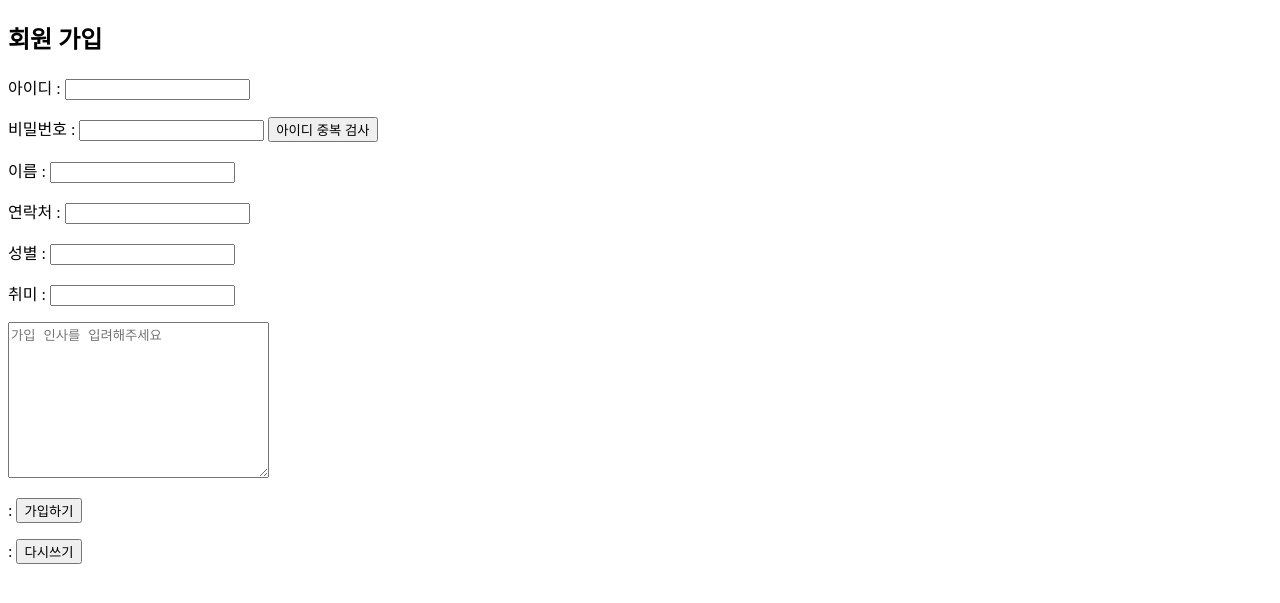
Repository: suinautant/learnCode
Page: http://localhost/JSPBook/ch05/test/register01.jsp
These files come from the project's save history. The page is drawn as it stood at one moment and after the next save; the edit follows.
The browser window is 1280 px wide. The pictures show the whole page.
The page is served by Tomcat 9.

Above is the page before, as saved 2021-07-01 05:29:17.

After the next save:
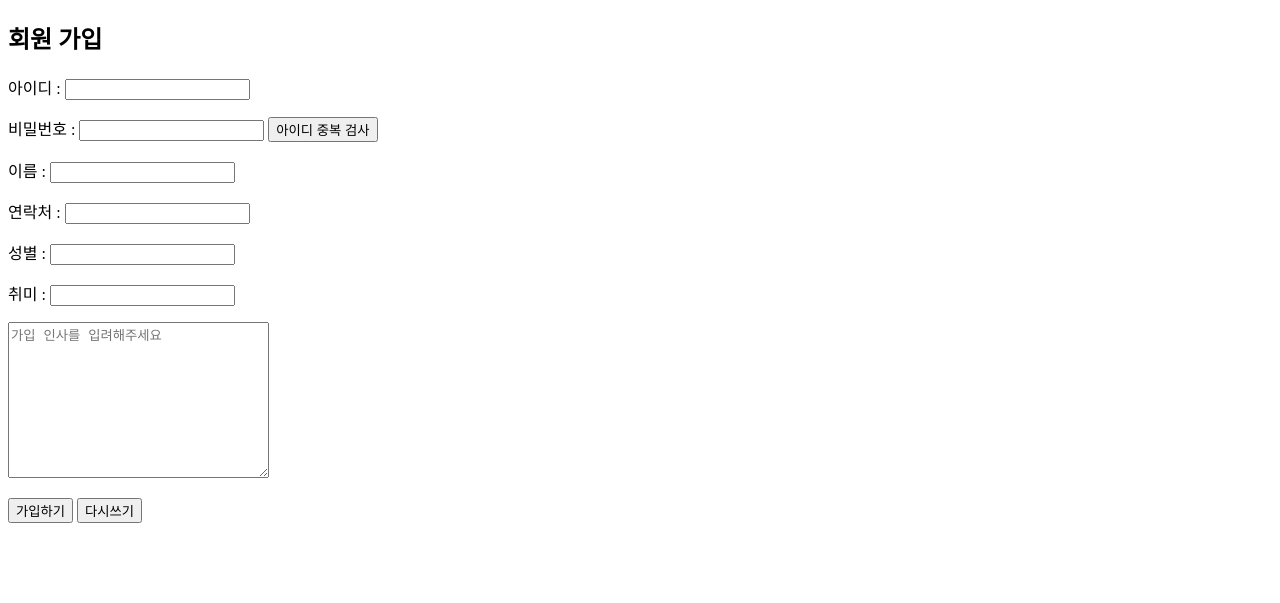
Saved 19 s later.
--- a/jsp/JSPBook/WebContent/ch05/test/register01.jsp
+++ b/jsp/JSPBook/WebContent/ch05/test/register01.jsp
@@ -19,8 +19,8 @@
 <p>성별 : <input type="text" name="sex" /></p>
 <p>취미 : <input type="text" name="hobby" /></p>
 <p><textarea name="hello" rows="10" cols="30" placeholder="가입 인사를 입려해주세요"></textarea>
-<p> : <input type="submit" value="가입하기" /></p>
-<p> : <input type="reset" value="다시쓰기" /></p>
+<p> <input type="submit" value="가입하기" />
+<input type="reset" value="다시쓰기" /></p>
 </form>
 
 </body>
